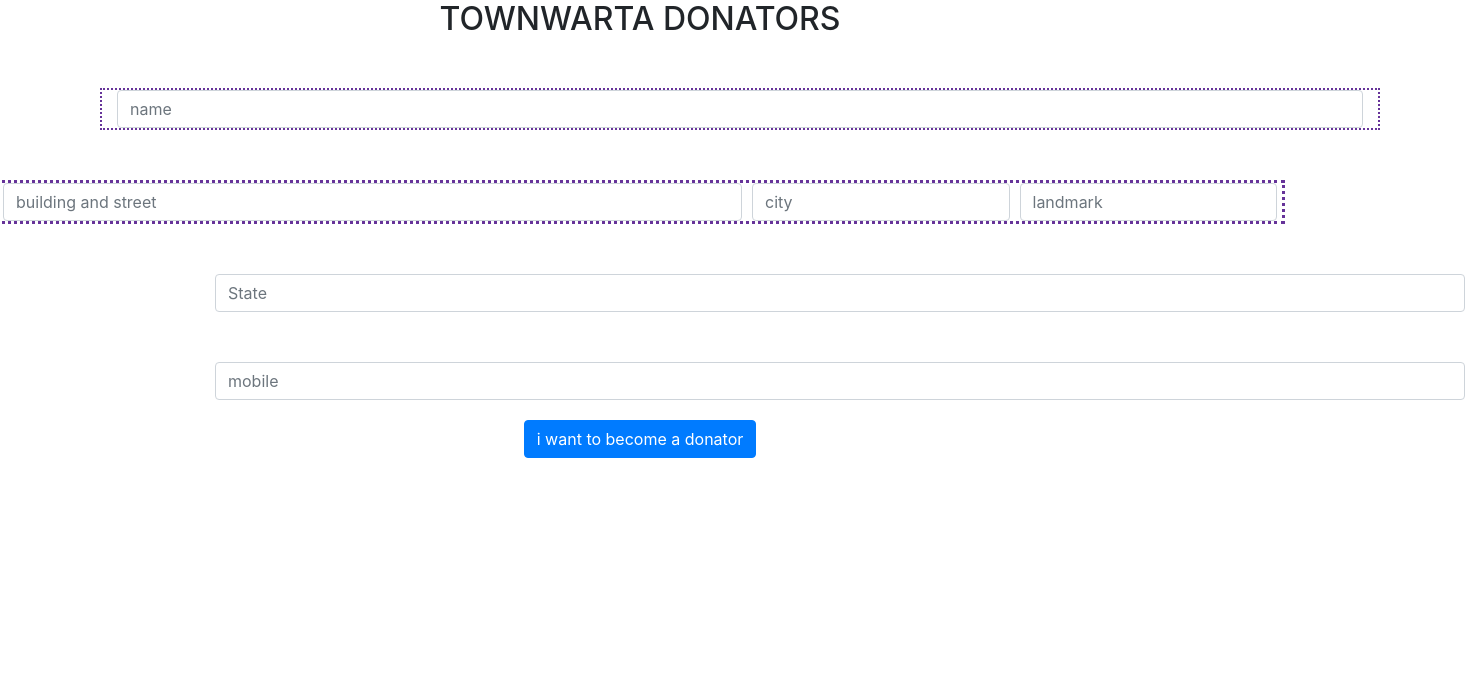
Repository: shivanand1988-28-06/townwarta
Page: http://localhost/donator/donator
An editor plug-in stored every save of this project. The page is shown before and after the next save, followed by the edit.
The browser window is 1280 px wide. The page is 1480 px wide, so the pictures cover 1480 px, including what lies to the right of the window. The pictures show the whole page.
The page is served by the project's Node server (Townwarta.js).

Above is the page before, as saved 2022-08-30 22:35:27.

After the next save:
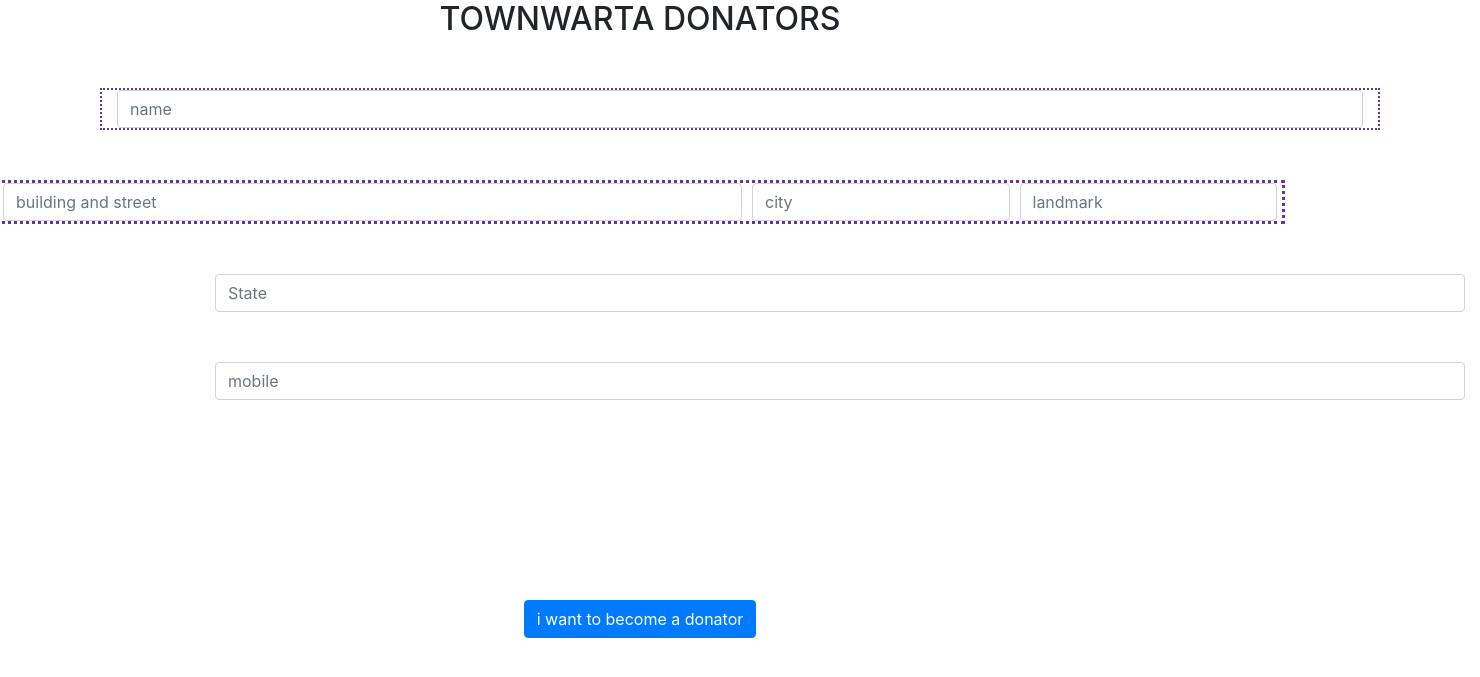
Saved 30 s later.
--- a/views/articles/donator.ejs
+++ b/views/articles/donator.ejs
@@ -30,7 +30,7 @@
         <div class="col" style = "margin : 50px 200px">
             <input type="text" name = "state" class="form-control" placeholder="State">
           </div>
-          <div class="col" style = "margin : 10px 200px">
+          <div class="col" style = "margin : 10px 200px 200px">
             <input type="number" name = "state" class="form-control" placeholder="mobile">
           </div>
         <div style = "text-align: center; margin-top: 20px;">

After the save that followed:
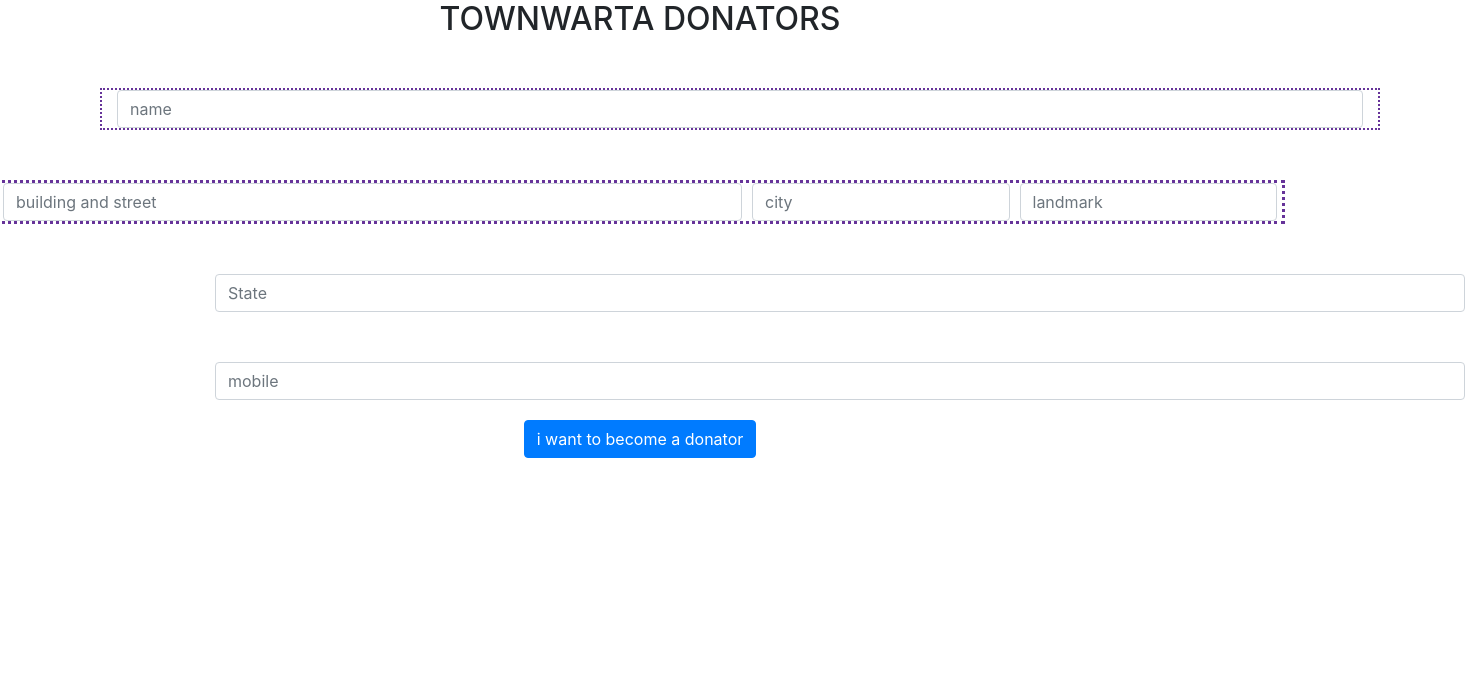
Saved 13 s later.
--- a/views/articles/donator.ejs
+++ b/views/articles/donator.ejs
@@ -30,7 +30,7 @@
         <div class="col" style = "margin : 50px 200px">
             <input type="text" name = "state" class="form-control" placeholder="State">
           </div>
-          <div class="col" style = "margin : 10px 200px 200px">
+          <div class="col" style = "margin : 10px 200px ">
             <input type="number" name = "state" class="form-control" placeholder="mobile">
           </div>
         <div style = "text-align: center; margin-top: 20px;">
